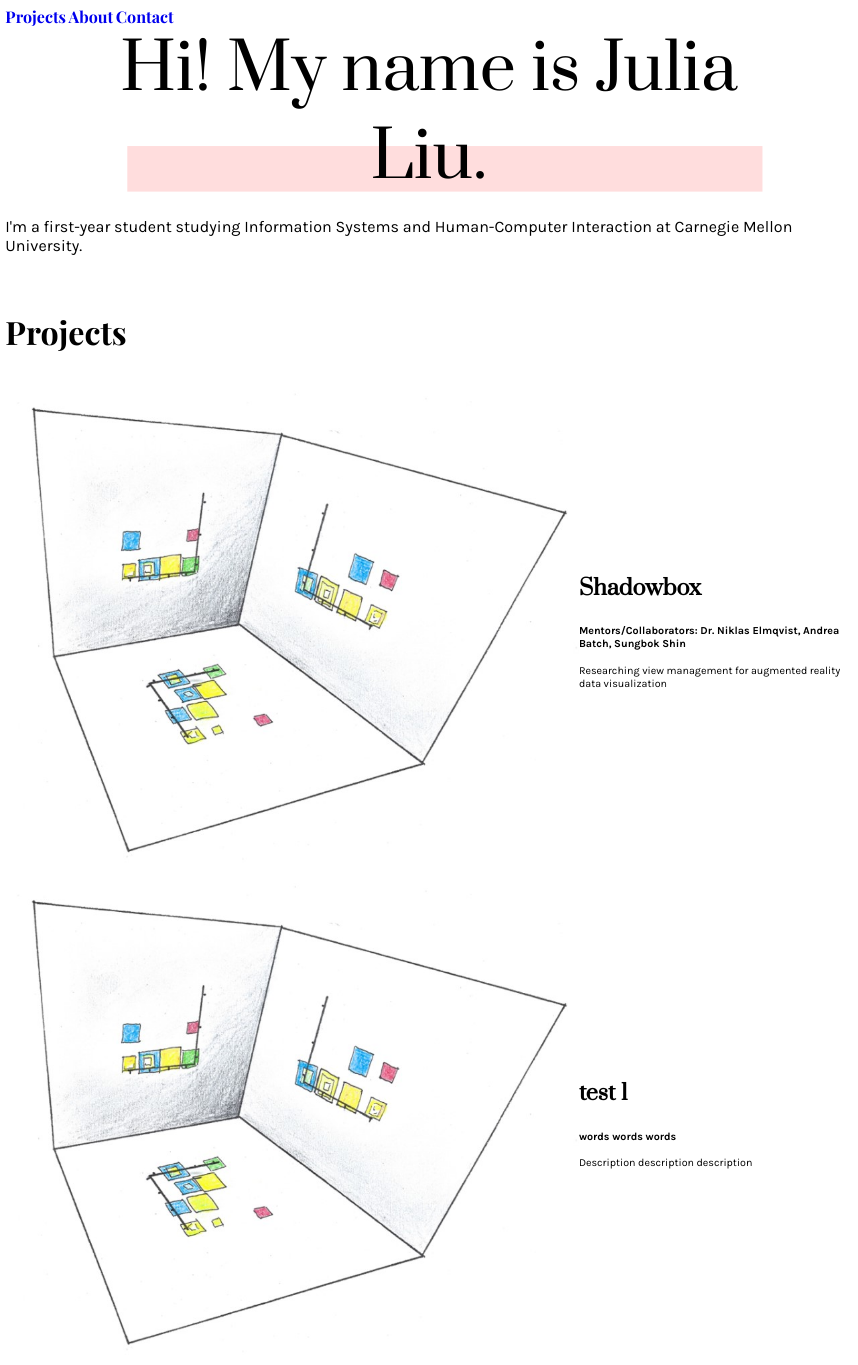
Repository: liu-julia/liu-julia.github.io
Page: index.html
These files come from the project's save history. The page is drawn as it stood at one moment and after the next save; the edit follows.
The browser window is 1280 px wide. The pictures show the whole page, at 67% of full size.

Above is the page before, as saved 2022-04-26 22:35:25.

### index.html
<!DOCTYPE html>
<html lang="en">
<head>
    <meta charset="UTF-8">
    <meta http-equiv="X-UA-Compatible" content="IE=edge">
    <meta name="viewport" content="width=device-width, initial-scale=1.0">
    <link rel="preconnect" href="https://fonts.googleapis.com">
    <link rel="preconnect" href="https://fonts.gstatic.com" crossorigin>
    <link href="https://fonts.googleapis.com/css2?family=Karla:wght@300;400;700&family=Open+Sans:wght@300;400;700&family=Playfair+Display:wght@400;700&family=Prata&display=swap" rel="stylesheet">
    <link rel="stylesheet" href="css/styles.css">
    <link rel="icon" href="images/jllogo.png">
    <title>Julia Liu</title>
</head>
<body>
    <header>
        <a href="index.html">Projects</a>
        <a href="about.html">About</a>
        <a href="contact.html">Contact</a>
    </header>
    <div id="content">
        <div id="top">
            <h1 class="highlighted">Hi! My name is Julia Liu.</h1>
            <p id="head_desc">I'm a first-year student studying Information Systems and Human-Computer Interaction at Carnegie Mellon University.</p>
        </div>
        <br>
        <h2>Projects</h2>
        <div class="project">
            <img src="images/shadowbox.jpg" alt="Shadowbox">
            <div class="project-text">
                <h3>Shadowbox</h3>
                <h4>Mentors/Collaborators: Dr. Niklas Elmqvist, Andrea Batch, Sungbok Shin</h4>
                <p>Researching view management for augmented reality data visualization</p>
            </div>
        </div>
        <div class="project">
            <img src="images/shadowbox.jpg" alt="Shadowbox">
            <div class="project-text">
                <h3>test 1</h3>
                <h4>words words words</h4>
                <p>Description description description</p>
            </div>
        </div>
    </div>
</body>
</html>

### css/styles.css
:root {
    font-family: 'Karla', sans-serif;
}
html {
    height: 100%;
}
body {
    height: 100%;
}
h1 {
    font-family: 'Prata', serif;
    font-weight: 400;
    font-size: 6em;
}
top {
    position: absolute;
    height: 100%;
}
h1{
    position: relative;
    display: flex;
    text-align: center;
    margin: auto;
    width: 75%;
}
.highlighted::before {
    content: "";
    position: absolute;
    width: 100%;
    background: #ffdddd;
    left: .25em;
    bottom: .15em;
    height: .7em;
    z-index: -1;
}
h2 {
    font-family: 'Playfair Display', serif;
    font-size: 3em;
}
h3 {
    font-family: 'Prata', serif;
    font-size: 2em;
}
a {
    font-family: 'Playfair Display', serif;
    font-size: 1.5em;
    font-weight: 700;
    text-decoration: none;
}
#head_desc {
    font-size: 1.5em;
    font-weight: 400;
}
.project {
    display: flex;
    align-items: center;
}

After the next save:
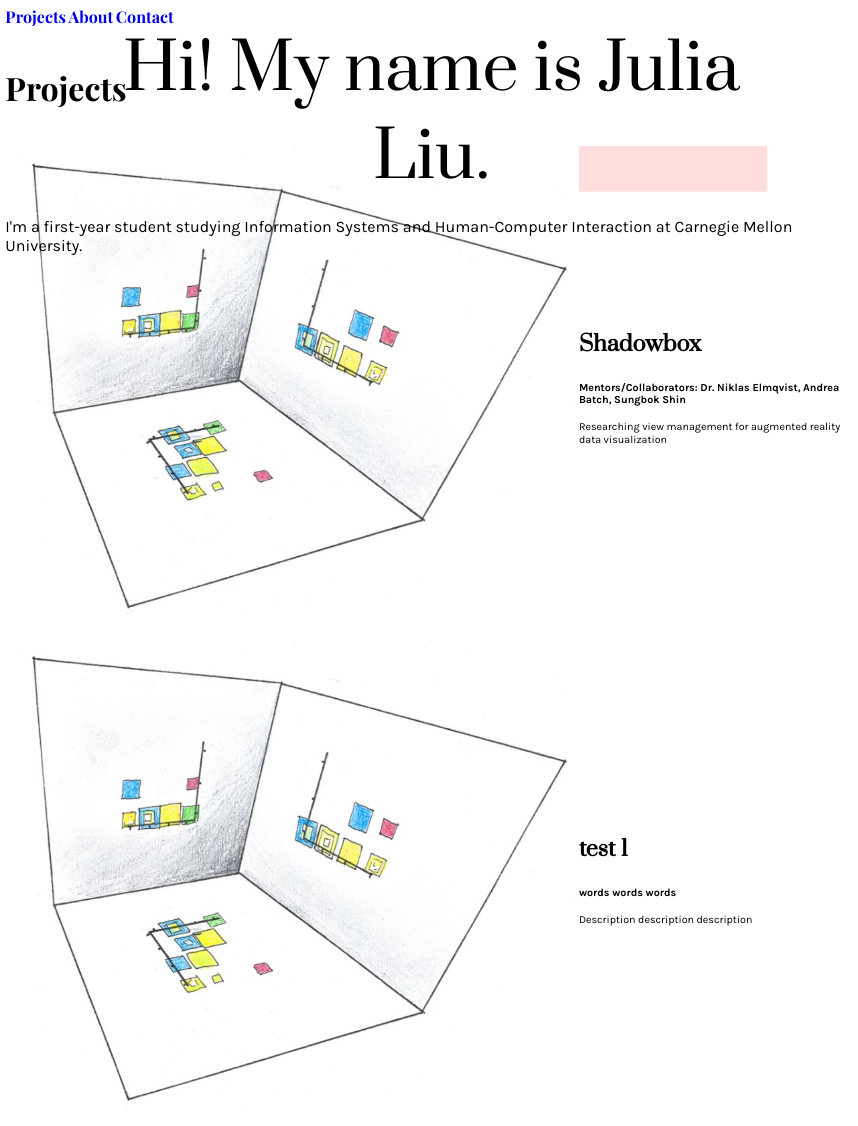
Saved 29 s later.
--- a/css/styles.css
+++ b/css/styles.css
@@ -1,18 +1,13 @@
 :root {
     font-family: 'Karla', sans-serif;
 }
-html {
-    height: 100%;
-}
-body {
-    height: 100%;
-}
+
 h1 {
     font-family: 'Prata', serif;
     font-weight: 400;
     font-size: 6em;
 }
-top {
+#top {
     position: absolute;
     height: 100%;
 }
